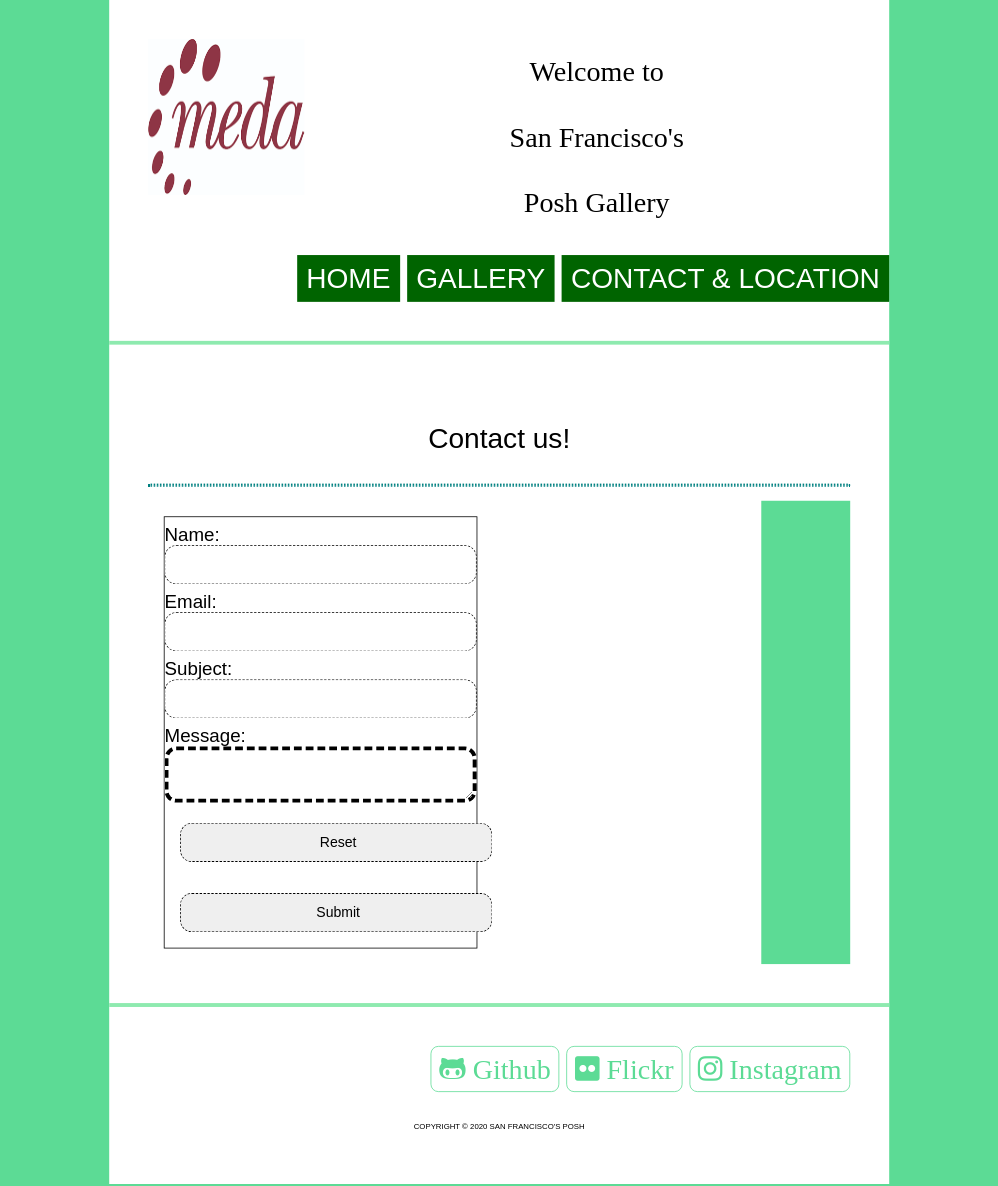
Repository: seleniadelgado/meda-spring2020-angie
Page: practice/html/week_4/multipage-css/contact.html
These files come from the project's save history. The page is drawn as it stood at one moment and after the next save; the edit follows.
The browser window is 1280 px wide. The pictures show the whole page, at 78% of full size.

Above is the page before, as saved 2020-02-13 11:19:29.

### practice/html/week_4/multipage-css/contact.html
<!DOCTYPE html>
<html lang="en">
<head>
    <meta charset=utf-8>
    <title>SF's Posh Gallery | Homepage</title>
    <meta name="viewport" content="width=device-width, initial-scale=1">
    <link rel="stylesheet" type="text/css" href="styles/reset.css">
    <link rel="stylesheet" type="text/css" href="styles/all.min.css">
    <link rel="stylesheet" type="text/css" href="styles/style.css">

</head>
<body>
    <header>
        <div>
            <a href="index.html"><img id="logo" src="images/logo.png" alt="logo" width="200" height="200"></a>
        </div>
        <div id="title-container">
            <h1>Welcome to<br>San Francisco's<br>Posh Gallery</h1>
        </div>
        <nav>
            <ul>
                <li><a href="index.html">Home</a></li>
                <li><a href="gallery.html">Gallery</a></li>
                <li><a href="index.html">Contact & Location</a></li>
            </ul>
        </nav>
    </header>

    <main id="contact">
        <h1>Contact us!</h1>
        <hr/>
        <div id="contact-flexbox">
            <!--div:first-child selects the following: -->
            <div>
                <form id="contact-form" action="#">
                    <label for="name">Name: </label>
                    <input type="text" id="name">
                    <br>
                    <label for="email">Email: </label>
                    <input type="text" id="email">
                    <br>
                    <label for="subject">Subject: </label>
                    <input type="text" id="subject">
                    <br>
                    <label for="message">Message:</label>
                    <textarea id="message"></textarea>
                    <br>
                    <input class="form-buttons" type="reset">
                    <input class="form-buttons" type="submit">
                </form>
            </div>
            <!--div:last-child selects the following:-->
            <div></div>
        </div>
    </main>

    <footer>
        <section id="social-links">
            <ul>
                <div class="lis">
                <li><a href="https://www.github.com"><i class="fab fa-github-alt"></i> Github</a></li>
                <li><a href="https://www.flickr.com"><i class="fab fa-flickr"></i> Flickr</a></li>
                <li><a href="https://www.Instagram.com"><i class="fab fa-instagram"></i> Instagram</a></li>
                </div>
            </ul>
        </section>
        <section>
            <p id="copyright">Copyright &copy; 2020 San Francisco's Posh</p>
        </section>
    </footer>
</body>

</html>

### practice/html/week_4/multipage-css/styles/style.css
body {
    background-color: #5cdb95;
    color: black;
}
header, main, footer {
    width: 900px;
    background-color: white;
    margin: 0 auto;
    padding: 50px;
    font-size: 36px;
}
/* Header style start*/
header {
    padding-right: 0;
    width: 950px;
}
header, main {
    border-bottom: #8EEaAF 5px solid;
}
header h1 {
    font-family: "Zapfino";
    font-size: "48px";
    text-align: center;
    color: darkslategray
    text-shadow: darkolivegreen;
    line-height: 84px;
}
#logo {
    float: left;
}
#little-container{
    margin-left: 200px;
}
nav ul li {
    display: inline-block;
    background-color: #8EEaAF;
    padding: 12px;
    margin-top: 25px;
    color: white;
    text-transform: uppercase;
    font-family: Arial, Helvetica, sans-serif;
}
nav ul li {
    background-color: darkgreen;
}
nav ul {
    text-align: right;
}
nav ul li a{
    text-decoration: none;
}
nav ul li a:link {
    color: white;
}

nav ul li a:visited{
    color: white;
}
nav ul li a:hover {
    text-decoration: none;
    color: #8EEaAF;
}

nav ul li a:active {
    color: darkgray;
}


/* header style ends */

/*Footer style starts*/
footer p {
    color: black;
    font-family: "Arial";
    line-height: 48px;
}
#copyright {
    text-align: center;
    font-size: 10px;
    text-transform: uppercase;
}
#social-links ul{
    text-align: right;
    margin-bottom: 20px;
}
#social-links ul li {
    display: inline-block;
    border: solid 1px #5cdb95;
    border-radius: 10px;;
    padding: 10px;
}
#social-links ul a:hover, #social-links ul li:hover {
    color: white;
    background-color: #8EEaAF;
}
#social-links ul li a {
    text-decoration: none;
    color: #5cdb95;;
}

/*Footer style ends*/
/*Main default styles*/
main {
    font-family: Arial;
    color: black;
}
main h1 {
    font-family: "Zapfino"
    font-size: 36px;
    text-align: center;
    line-height: 80px;
    margin-top: 30px;
}
main p {
    font-size: 24px;
}
/*main default style ends*/


/* homepage style start*/
main#homepage p {
    margin: 20px;
    line-height: 30px;
    text-align: justify;
}
/* homepage style end*/
/* gallery style end*/
#gallery div{
    display: flex;
    flex-wrap: wrap;
    justify-content: space-around;
    margin: 20px;
}
#gallery div img{
    width: 200px;
    height: 300px;
}
/*gallery end*/

/*contact start*/
#contact > hr {
    border: dotted 2px teal;
}
#contact-flexbox {
    display: flex;
}

#contact-flexbox div:first-child {
    flex-grow: 3;
}

#contact-flexbox div:last-child {
    flex-grow: 1;
    background-color: #5cdb95;

}

#contact-form {
    border: solid black 1px;
    width: 400px;
    margin: 20px;
}

#contact-form label {
    font-size: 24px;
}

#contact-form input {
    border: dashed 1px black;
    width: 400px;
    height: 50px;
    border-radius: 15px;
    box-sizing: border-box;
    font-size: 18px;
    color: black;
    padding-left: 11px;
}
.form-buttons {
    margin: 20px;
    color: turquoise;
    font-size: 18px;
}
#contact-form .form-buttons:hover {
    border: solid blue 5px;
}
#contact-form textarea {
    border: dashed 5px black;
    color: turquoise;
    border-radius: 15px;
    width: 100%;
    box-sizing: border-box;
    padding: 11px;
    font-size: 18px;
}

/*contact end*/

Loaded but not shown: practice/html/week_4/multipage-css/styles/reset.css (common file); practice/html/week_4/multipage-css/styles/all.min.css (library)

After the next save:
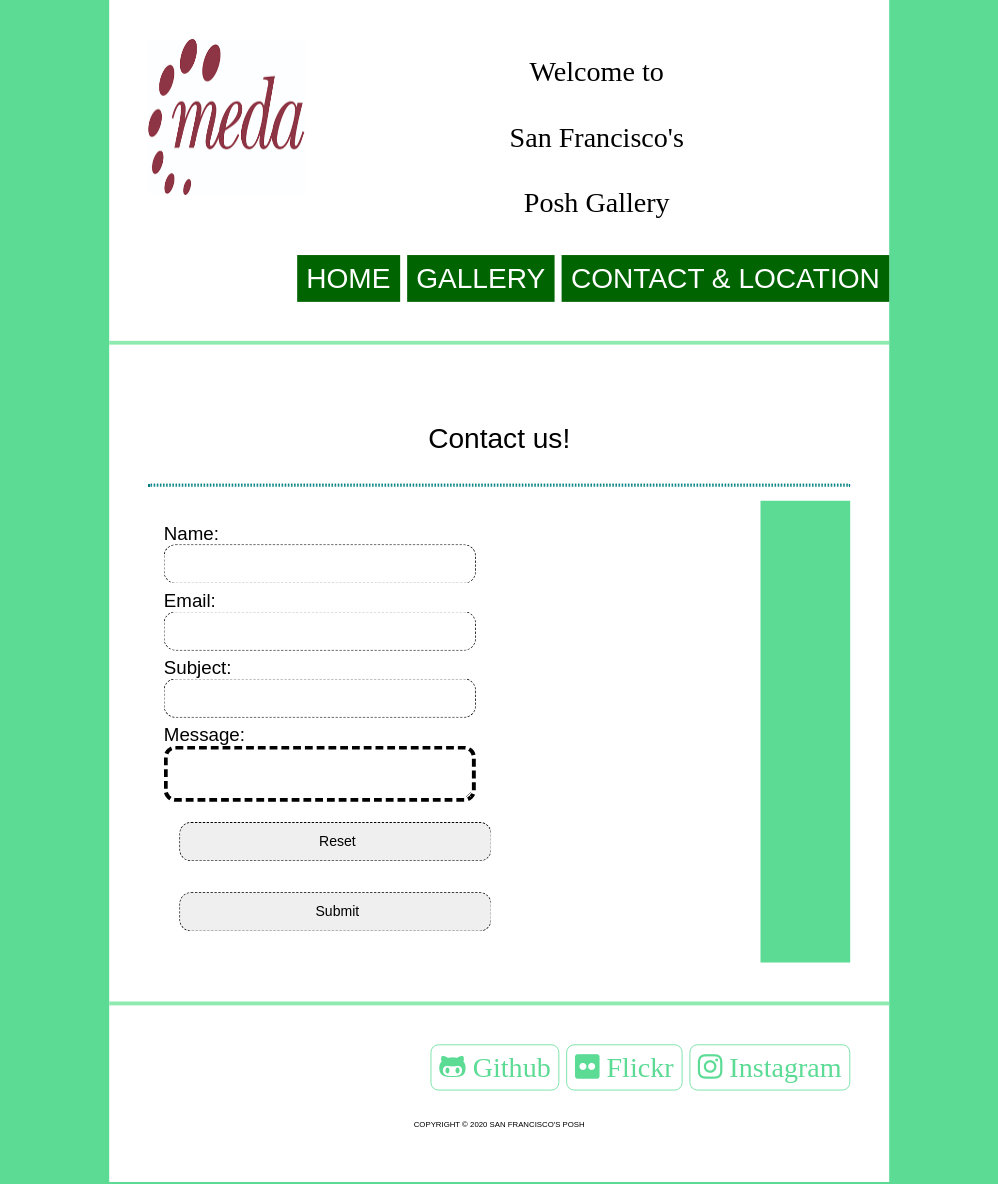
Saved 42 s later.
--- a/practice/html/week_4/multipage-css/styles/style.css
+++ b/practice/html/week_4/multipage-css/styles/style.css
@@ -156,7 +156,6 @@ main#homepage p {
 }
 
 #contact-form {
-    border: solid black 1px;
     width: 400px;
     margin: 20px;
 }
